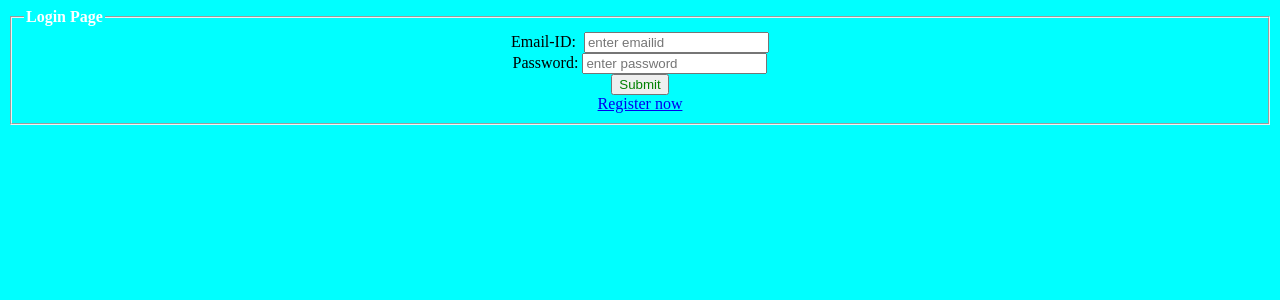
Repository: Tharungandhi/ServeltProject
Page: ServletJDBCApp/WebContent/login.html
An editor plug-in stored every save of this project. The page is shown before and after the next save, followed by the edit.
The browser window is 1280 px wide. The pictures show the whole page.

Above is the page before, as saved 2019-01-29 10:53:31.

After the next save:
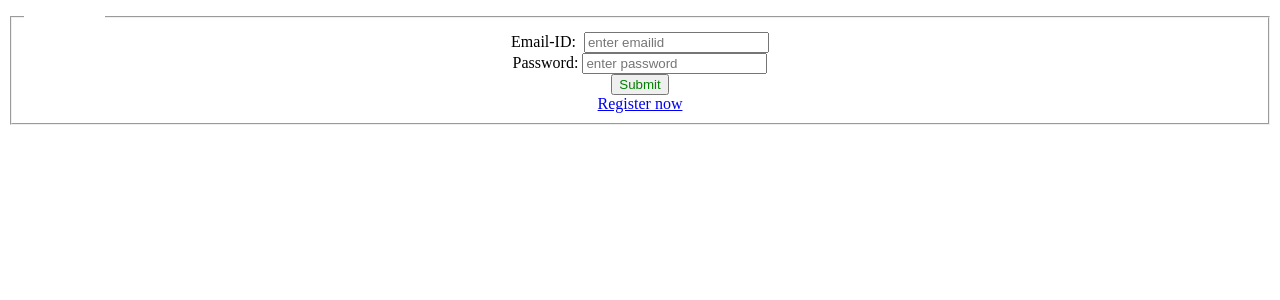
Saved 88 s later.
--- a/ServletJDBCApp/WebContent/login.html
+++ b/ServletJDBCApp/WebContent/login.html
@@ -19,10 +19,10 @@
 <head>
 <style>
     body {
-      background-color: aqua;
+      background-color: white;
     }
   title{
-  color: maroon;
+  color: buttonface;
   }
  legend{
  color: highlighttext;
